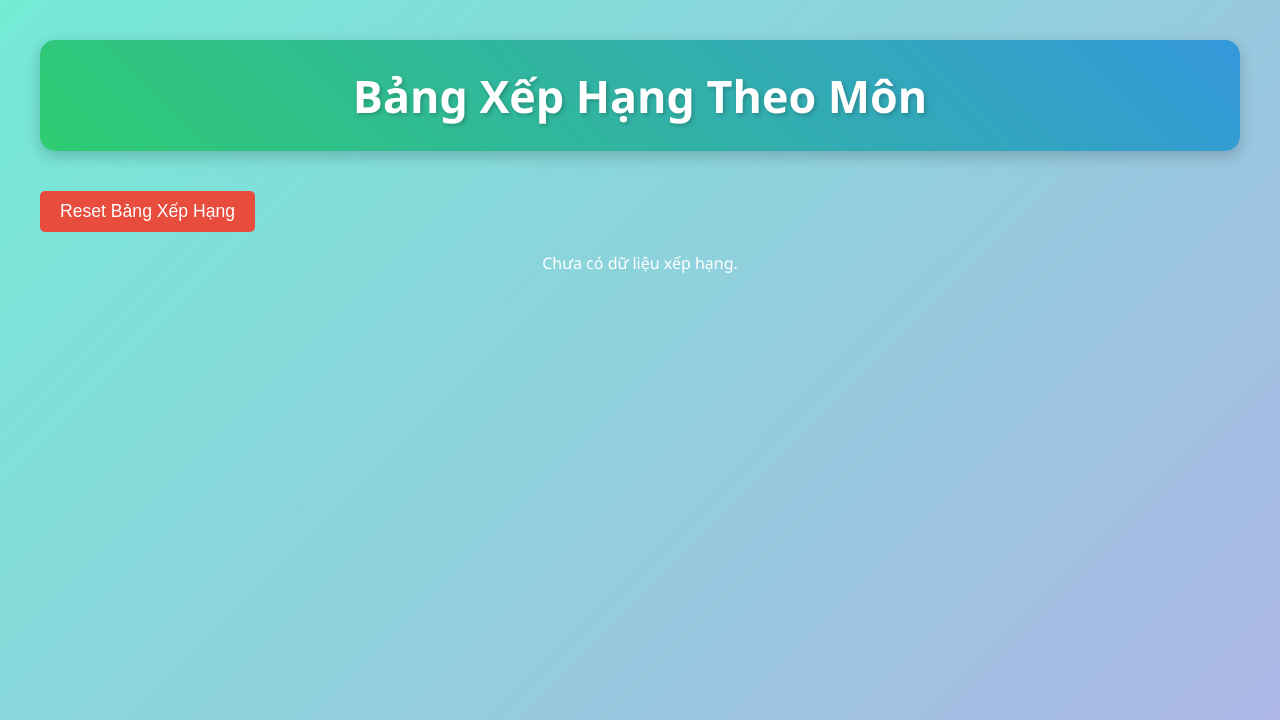
Repository: quankenda73/Prject_Final
Page: INDEX/xephang.html
An editor plug-in stored every save of this project. The page is shown before and after the next save, followed by the edit.
The browser window is 1280 px wide. The pictures show the whole page.

Above is the page before, as saved 2025-03-20 13:50:59.

After the next save:
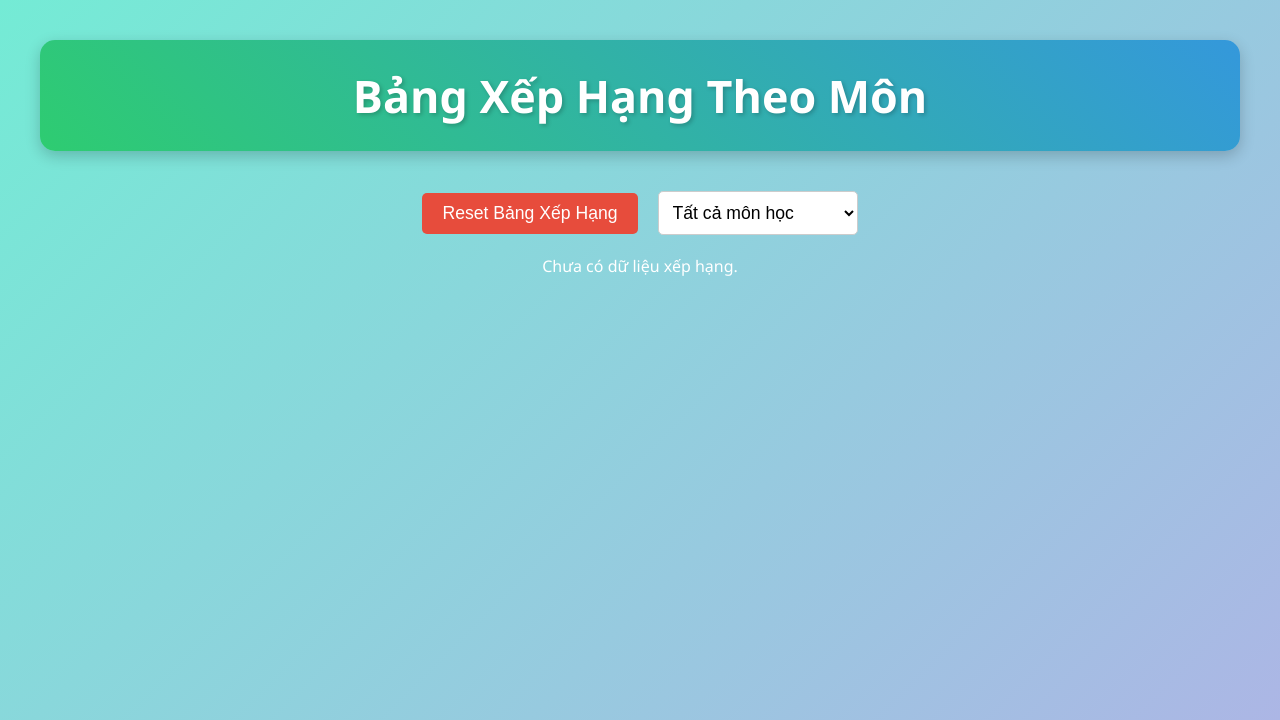
Saved 2 min 36 s later.
--- a/INDEX/xephang.html
+++ b/INDEX/xephang.html
@@ -39,8 +39,15 @@
             margin: 0 auto;
         }
 
+        .controls {
+            display: flex;
+            gap: 20px;
+            margin-bottom: 20px;
+            justify-content: center;
+            align-items: center;
+        }
+
         .reset-button {
-            margin-bottom: 20px;
             padding: 10px 20px;
             background: #e74c3c;
             color: white;
@@ -53,6 +60,16 @@
 
         .reset-button:hover {
             background: #c0392b;
+        }
+
+        select {
+            padding: 10px;
+            font-size: 1.1em;
+            border-radius: 5px;
+            border: 1px solid #ccc;
+            background: white;
+            cursor: pointer;
+            min-width: 200px;
         }
 
         .subject-section {
@@ -160,6 +177,7 @@
             tr:nth-child(1) td:first-child,
             tr:nth-child(2) td:first-child,
             tr:nth-child(3) td:first-child { font-size: 1.4em; }
+            .controls { flex-direction: column; gap: 10px; }
         }
     </style>
 </head>
@@ -169,7 +187,17 @@
     </header>
 
     <main>
-        <button class="reset-button" onclick="resetRanking()">Reset Bảng Xếp Hạng</button>
+        <div class="controls">
+            <button class="reset-button" onclick="resetRanking()">Reset Bảng Xếp Hạng</button>
+            <select id="subjectSelect" onchange="loadRanking()">
+                <option value="all">Tất cả môn học</option>
+                <option value="math">Toán</option>
+                <option value="literature">Ngữ Văn</option>
+                <option value="physics">Vật Lý</option>
+                <option value="english">Tiếng Anh</option>
+                <option value="chemistry">Hóa Học</option>
+            </select>
+        </div>
         <div id="rankingContainer"></div>
     </main>
 
@@ -197,6 +225,7 @@
         function loadRanking() {
             const results = JSON.parse(localStorage.getItem('quizResults')) || [];
             const container = document.getElementById('rankingContainer');
+            const selectedSubject = document.getElementById('subjectSelect').value;
             container.innerHTML = '';
 
             if (results.length === 0) {
@@ -204,45 +233,60 @@
                 return;
             }
 
-            // Tạo bảng cho từng môn học
-            subjects.forEach(subject => {
-                const subjectResults = results.filter(r => r.subject === subject);
+            if (selectedSubject === 'all') {
+                // Hiển thị tất cả môn học
+                subjects.forEach(subject => {
+                    const subjectResults = results.filter(r => r.subject === subject);
+                    if (subjectResults.length > 0) {
+                        renderSubjectTable(subject, subjectResults, container);
+                    }
+                });
+            } else {
+                // Hiển thị chỉ môn học được chọn
+                const subjectResults = results.filter(r => r.subject === selectedSubject);
                 if (subjectResults.length > 0) {
-                    subjectResults.sort((a, b) => b.totalScore - a.totalScore);
-
-                    const section = document.createElement('div');
-                    section.className = 'subject-section';
-                    section.innerHTML = `<h2 class="subject-title">${subjectMap[subject]}</h2>`;
-
-                    const table = document.createElement('table');
-                    table.innerHTML = `
-                        <thead>
-                            <tr>
-                                <th>Hạng</th>
-                                <th>Họ và Tên</th>
-                                <th>Điểm</th>
-                            </tr>
-                        </thead>
-                        <tbody>
-                            ${subjectResults.map((result, index) => `
-                                <tr>
-                                    <td>${index + 1}</td>
-                                    <td>${result.name}</td>
-                                    <td>${result.totalScore}</td>
-                                </tr>
-                            `).join('')}
-                        </tbody>
-                    `;
-
-                    section.appendChild(table);
-                    container.appendChild(section);
+                    renderSubjectTable(selectedSubject, subjectResults, container);
+                } else {
+                    container.innerHTML = '<p style="text-align: center; color: white;">Chưa có dữ liệu cho môn này.</p>';
                 }
-            });
+            }
+        }
+
+        // Hàm render bảng cho một môn học
+        function renderSubjectTable(subject, subjectResults, container) {
+            subjectResults.sort((a, b) => b.totalScore - a.totalScore);
+
+            const section = document.createElement('div');
+            section.className = 'subject-section';
+            section.innerHTML = `<h2 class="subject-title">${subjectMap[subject]}</h2>`;
+
+            const table = document.createElement('table');
+            table.innerHTML = `
+                <thead>
+                    <tr>
+                        <th>Hạng</th>
+                        <th>Họ và Tên</th>
+                        <th>Điểm</th>
+                    </tr>
+                </thead>
+                <tbody>
+                    ${subjectResults.map((result, index) => `
+                        <tr>
+                            <td>${index + 1}</td>
+                            <td>${result.name}</td>
+                            <td>${result.totalScore}</td>
+                        </tr>
+                    `).join('')}
+                </tbody>
+            `;
+
+            section.appendChild(table);
+            container.appendChild(section);
         }
 
         document.addEventListener('DOMContentLoaded', loadRanking);
 
-        // Hàm mẫu để thêm dữ liệu (dùng để test, có thể xóa sau khi tích hợp)
+        // Hàm mẫu để thêm dữ liệu (dùng để test)
         function addSampleData() {
             const sampleData = [
                 { name: "Nguyễn Văn A", subject: "math", totalScore: 95 },
